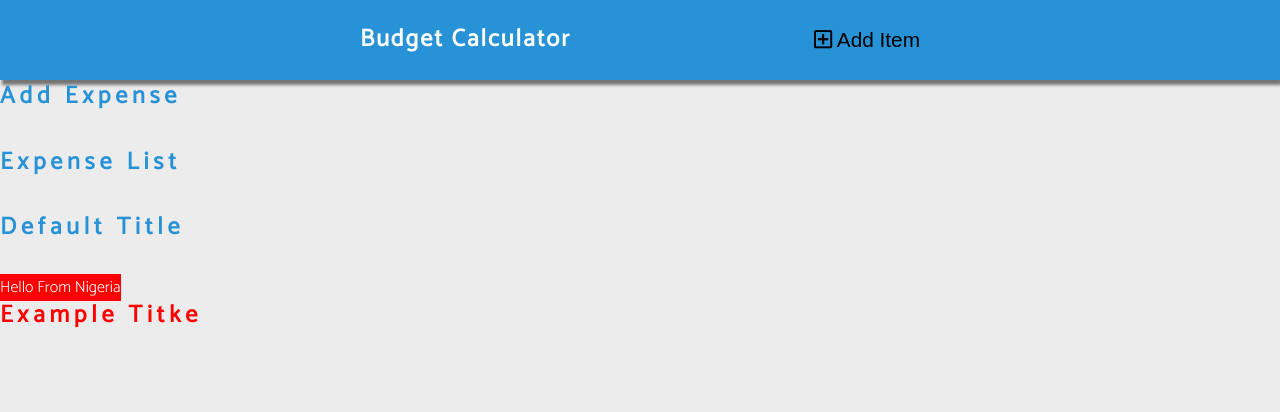
Repository: webdril/budget
Page: /
An editor plug-in stored every save of this project. The page is shown before and after the next save, followed by the edit.
The browser window is 1280 px wide. The pictures show the whole page.
The project was rebuilt for these pictures with package versions that can differ from the ones it lists, and the page was loaded fresh each time.

Above is the page before, as saved 2020-02-29 02:32:15.

After the next save:
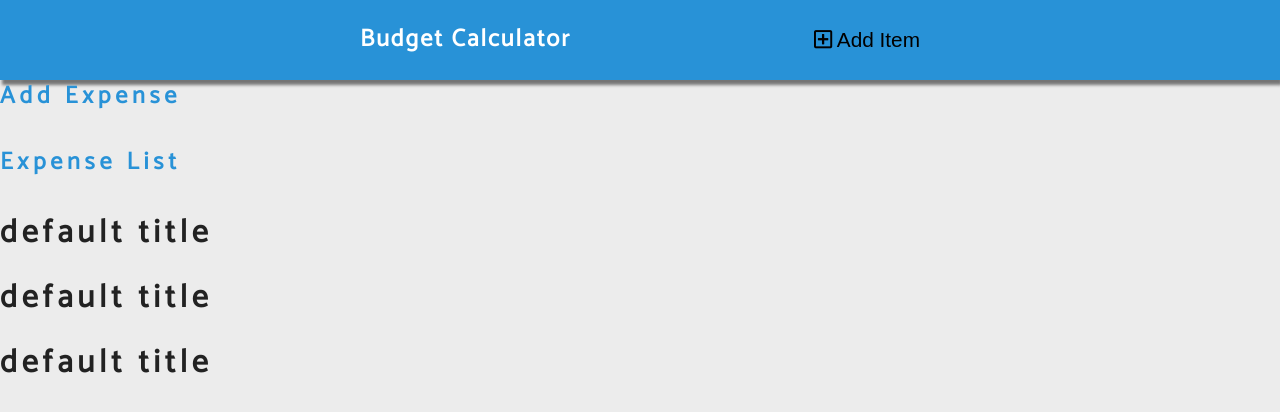
Saved 3 min 1 s later.
--- a/src/App.svelte
+++ b/src/App.svelte
@@ -10,5 +10,7 @@ let fruits = ['apple', 'orange', 'lemon']
 <Navbar />
 <Title title="add expense"/>
 <Title title="expense list"/>
-<Title />
-<Example />
+
+{#each fruits as item}
+<h1>default title</h1>
+{/each}
